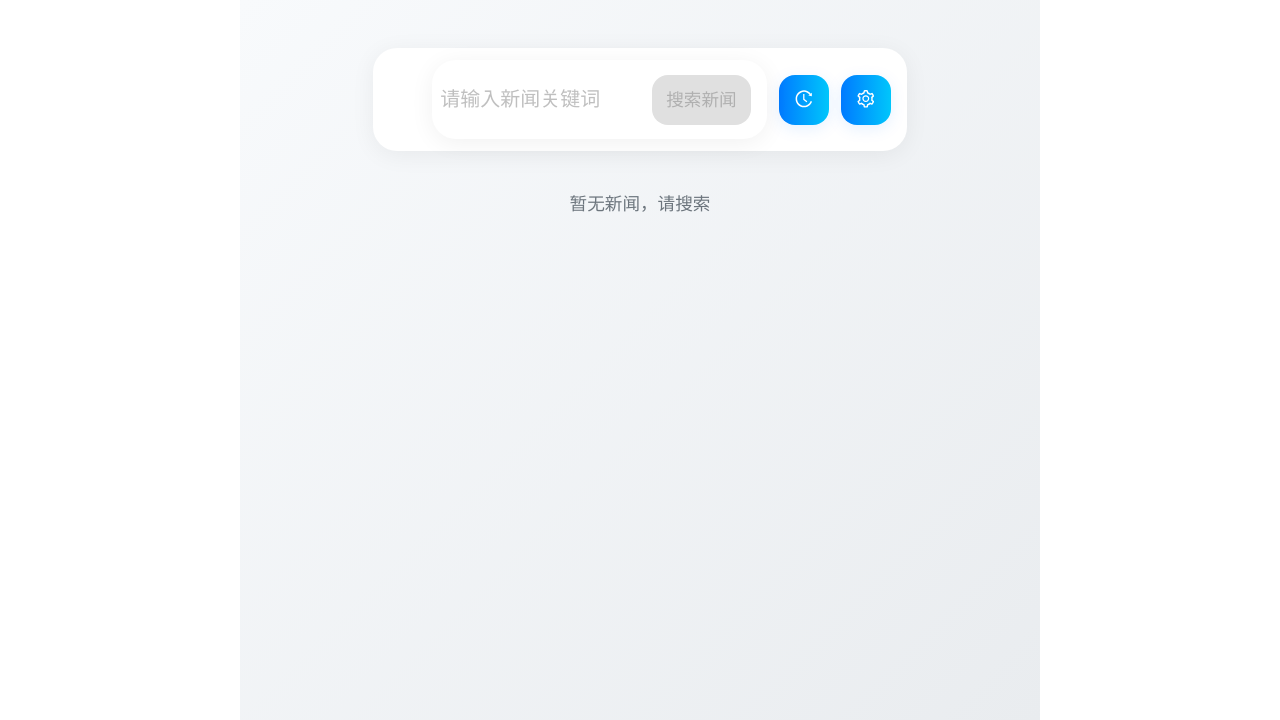
Repository: XJN7197/NewsAssistantBaseMCP
Page: / (app in frontend/)
An editor plug-in stored every save of this project. The page is shown before and after the next save, followed by the edit.
The browser window is 1280 px wide. The pictures show the whole page.
The project was rebuilt for these pictures with package versions that can differ from the ones it lists, and the page was loaded fresh each time. Also part of the build but not shown: frontend/vite.config.ts, frontend/src/components/NewsCard.tsx.

Above is the page before, as saved 2025-05-25 19:44:17.

After the next save:
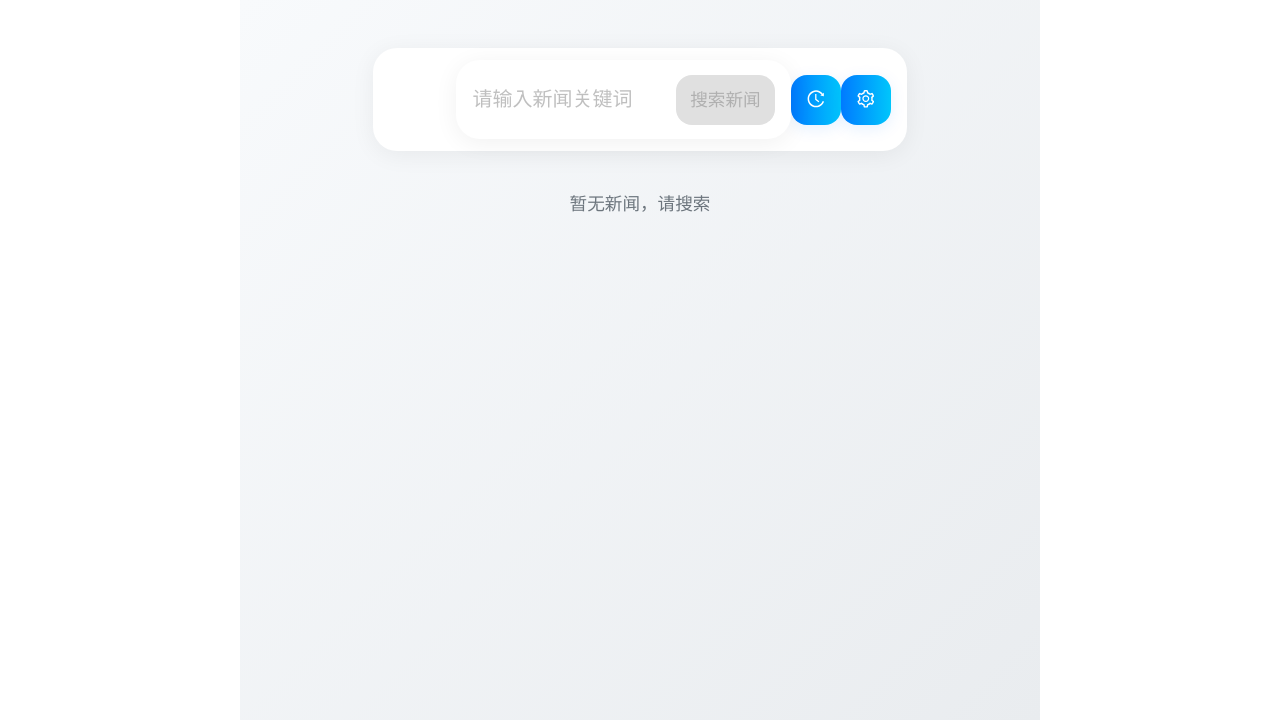
Saved 42 s later.
--- a/frontend/src/pages/Home.module.css
+++ b/frontend/src/pages/Home.module.css
@@ -13,7 +13,7 @@
   display: flex;
   justify-content: flex-end;
   align-items: center;
-  gap: 12px;
+
   position: sticky;
   top: 0;
   z-index: 1;
